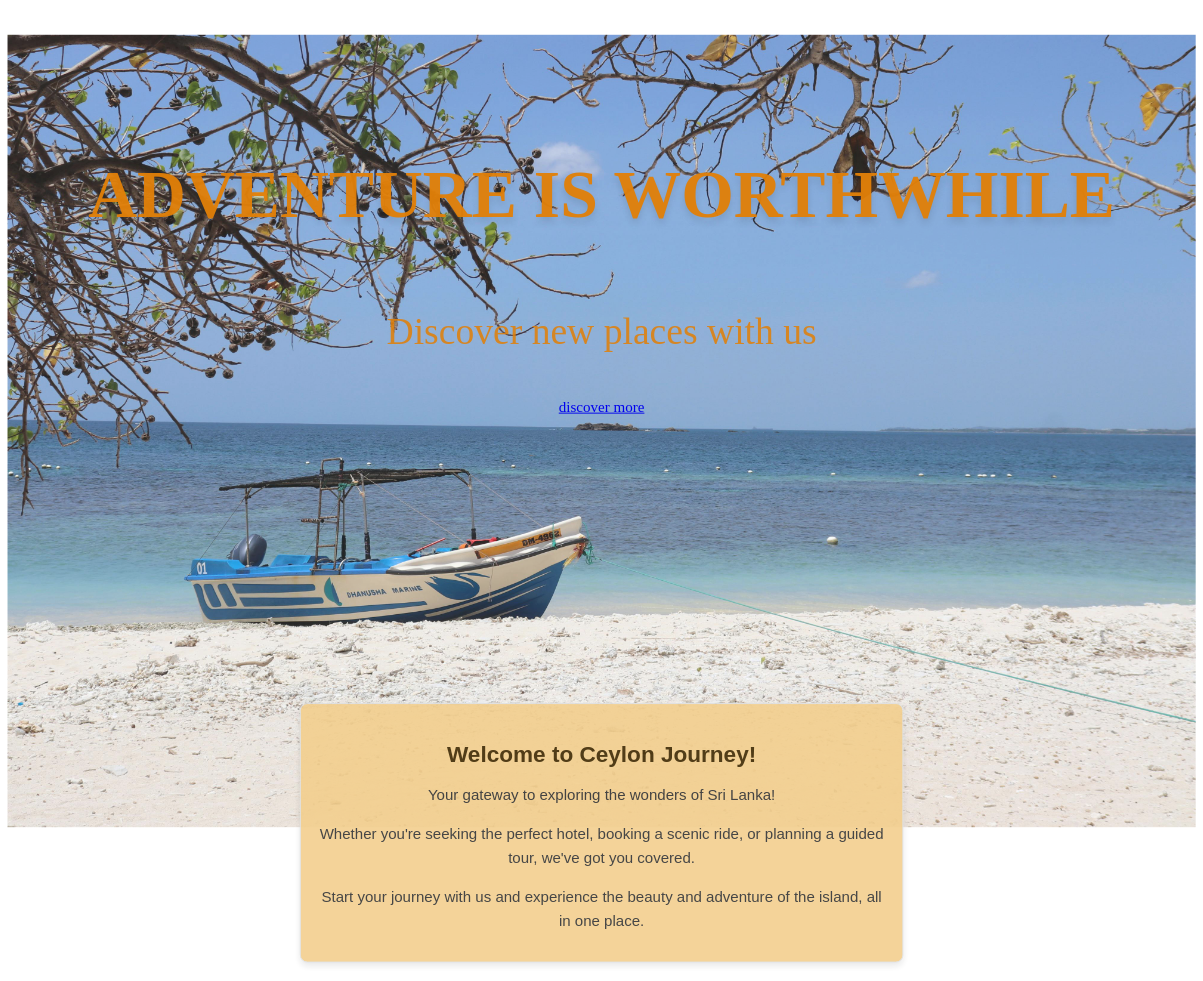
Repository: KasunInd27/Ceylon-Journey
Page: Home/home.html
An editor plug-in stored every save of this project. The page is shown before and after the next save, followed by the edit.
The browser window is 1280 px wide. The pictures show the whole page, at 94% of full size.

Above is the page before, as saved 2024-10-05 14:36:16.
Console error: SyntaxError: Unexpected token '<'

After the next save:
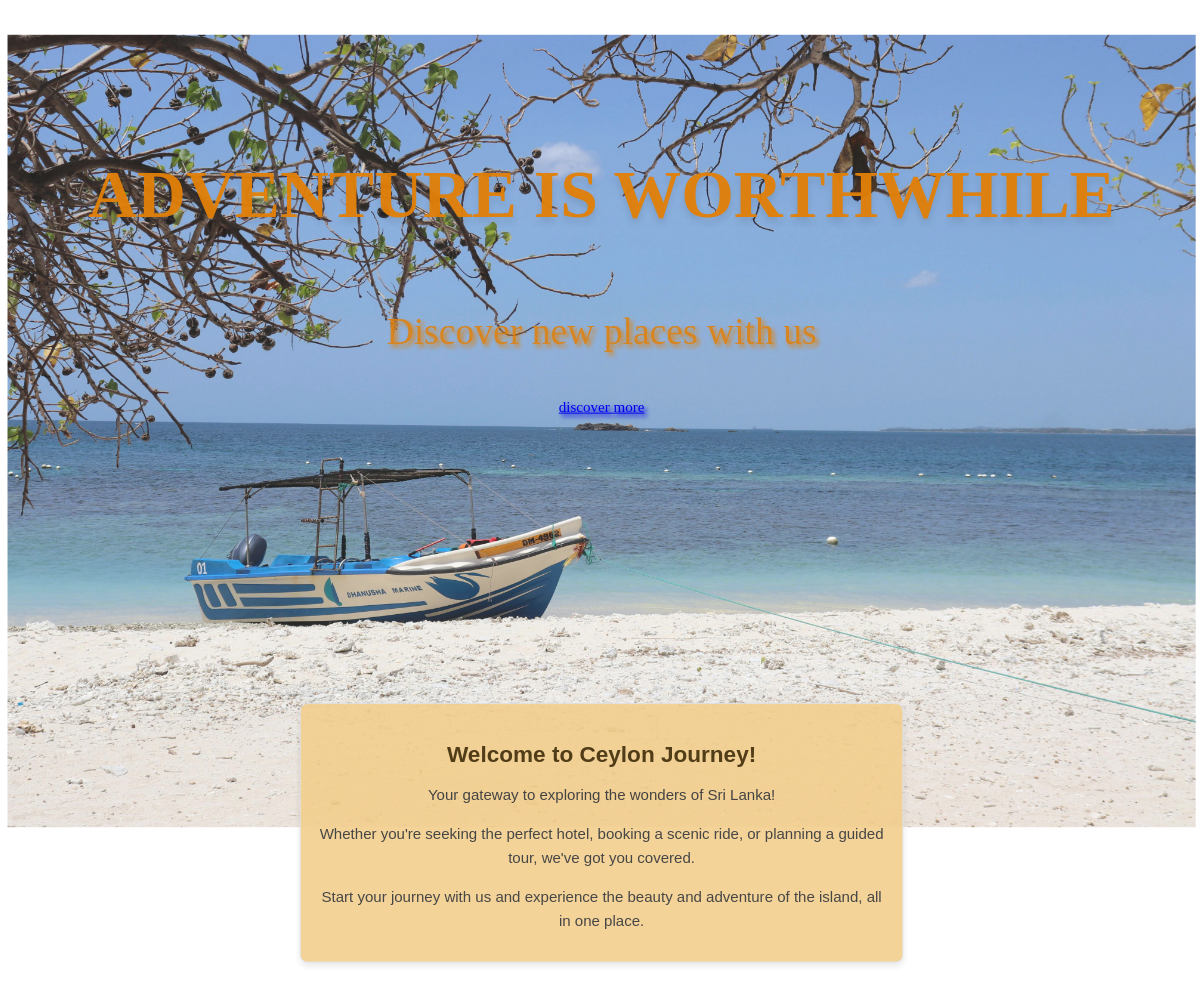
Saved 2 min 31 s later.
--- a/Home/CSS/home.css
+++ b/Home/CSS/home.css
@@ -45,6 +45,7 @@
 }
 .home .content {
     text-align: center;
+    text-shadow: 3px 3px 5px;
     /* Centers the text within the .content container */
 }
 /* Styles for h3 elements inside the .content class within the .home section */
